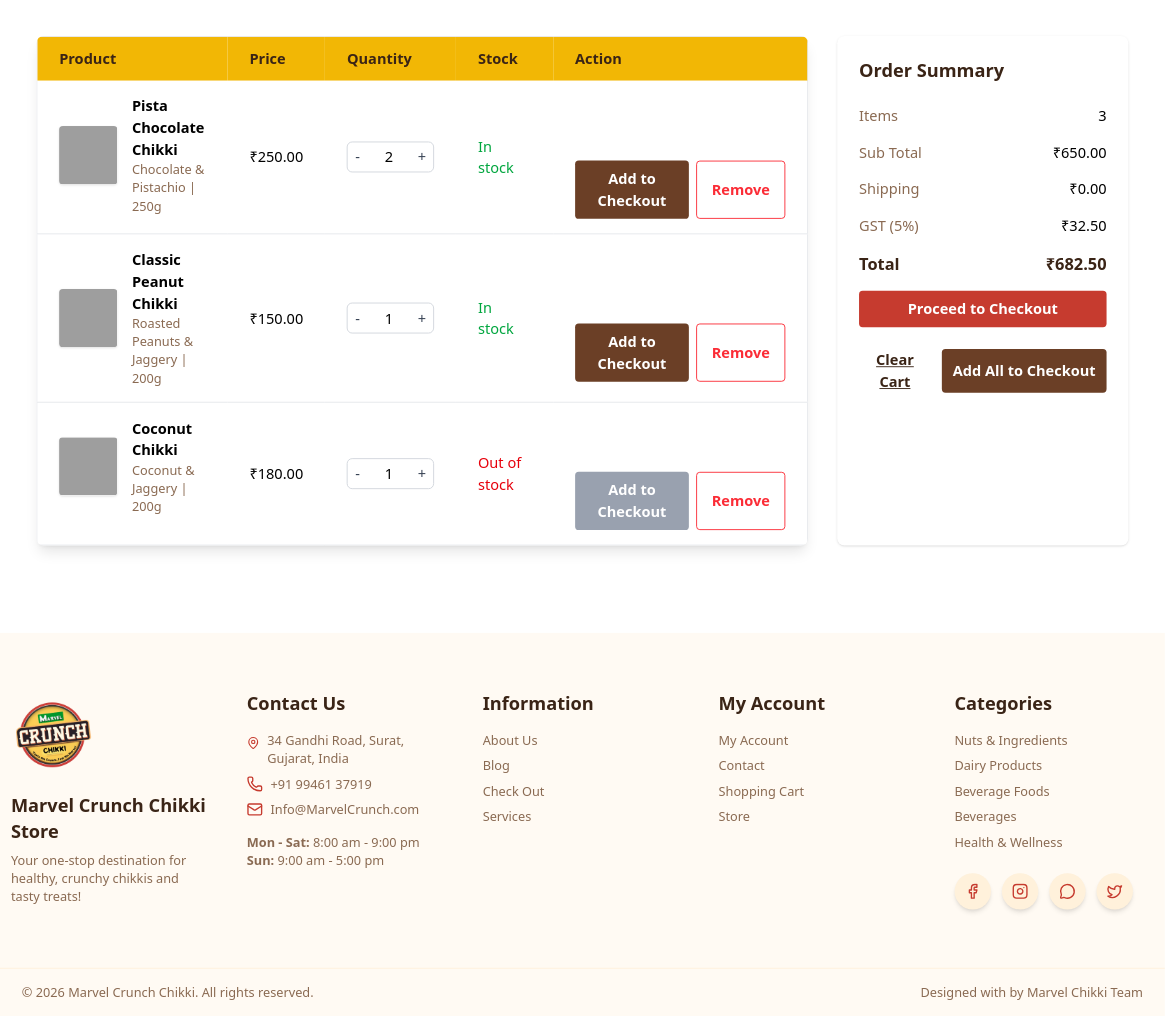
Repository: sita7411/sweet-website-frontend
Page: /cart (app in customer-website/)
An editor plug-in stored every save of this project. The page is shown before and after the next save, followed by the edit.
The browser window is 1280 px wide. The pictures show the part of the page from y = 494 to 1611 px (the page is 1611 px tall), at 91% of full size.
Pictures or frames that could not be fetched are drawn as grey boxes. The project was rebuilt for these pictures with package versions that can differ from the ones it lists, and the page was loaded fresh each time. Also part of the build but not shown: customer-website/vite.config.js, customer-website/src/components/Herosection/Herosection.jsx, customer-website/src/components/FeaturesSection/FeaturesSection.jsx, customer-website/src/components/PopularItems/PopularItems.jsx, customer-website/src/components/AboutUs/AboutUs.jsx, customer-website/src/components/BestsellerSection/BestsellerSection.jsx, customer-website/src/components/OfferSection/OfferSection.jsx, customer-website/src/components/TestimonialsSection/TestimonialsSection.jsx and 6 more.

Above is the page before, as saved 2026-01-02 10:52:44.

After the next save:
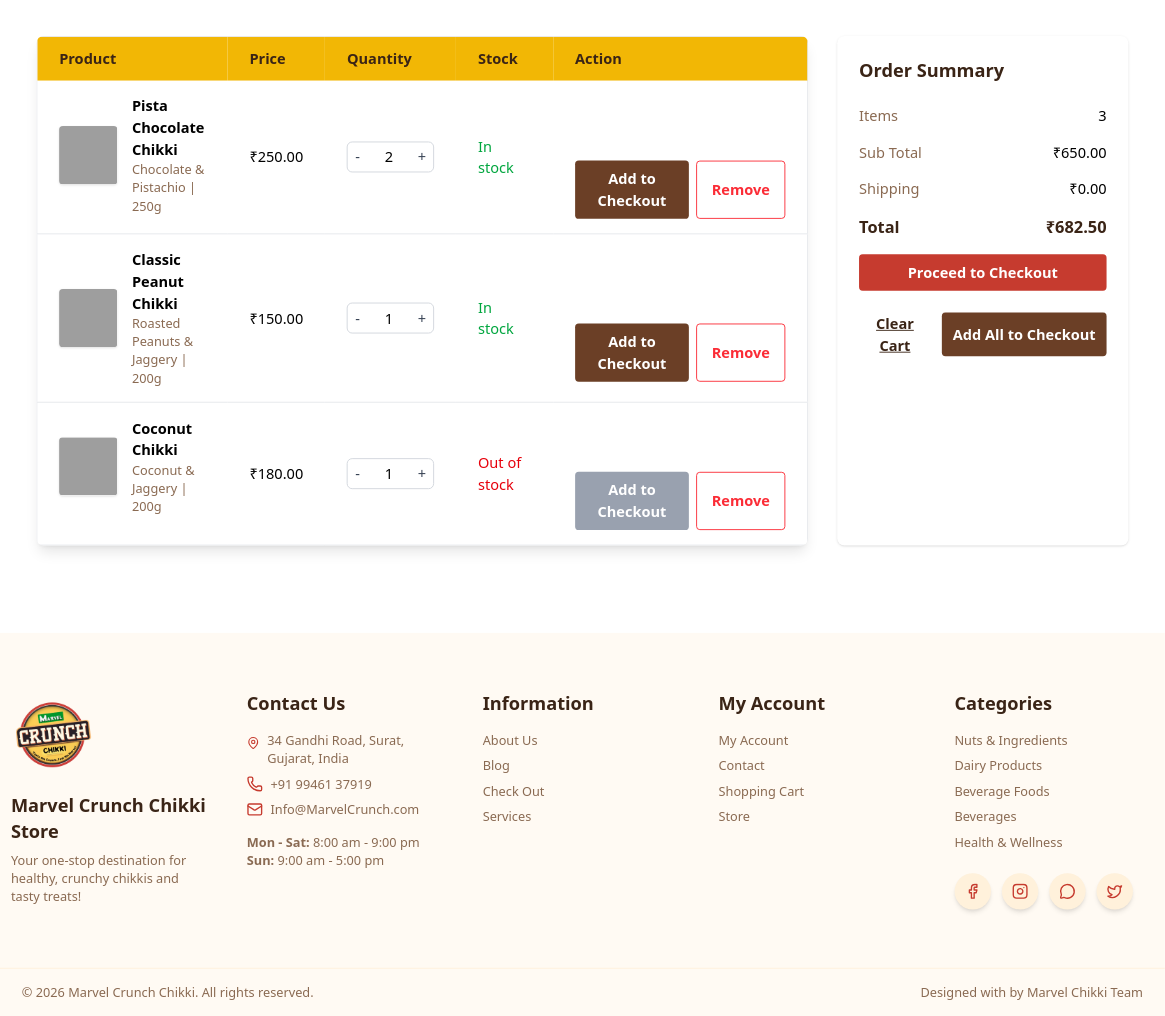
Saved 45 s later.
--- a/customer-website/src/pages/CartPage.jsx
+++ b/customer-website/src/pages/CartPage.jsx
@@ -345,10 +345,7 @@
                 <span className="text-[var(--text-muted)]">Shipping</span>
                 <span>₹{shipping.toFixed(2)}</span>
               </div>
-              <div className="flex justify-between">
-                <span className="text-[var(--text-muted)]">GST (5%)</span>
-                <span>₹{taxes.toFixed(2)}</span>
-              </div>
+
               <div className="flex justify-between font-bold text-[var(--text-main)] text-lg">
                 <span>Total</span>
                 <span>₹{total.toFixed(2)}</span>
